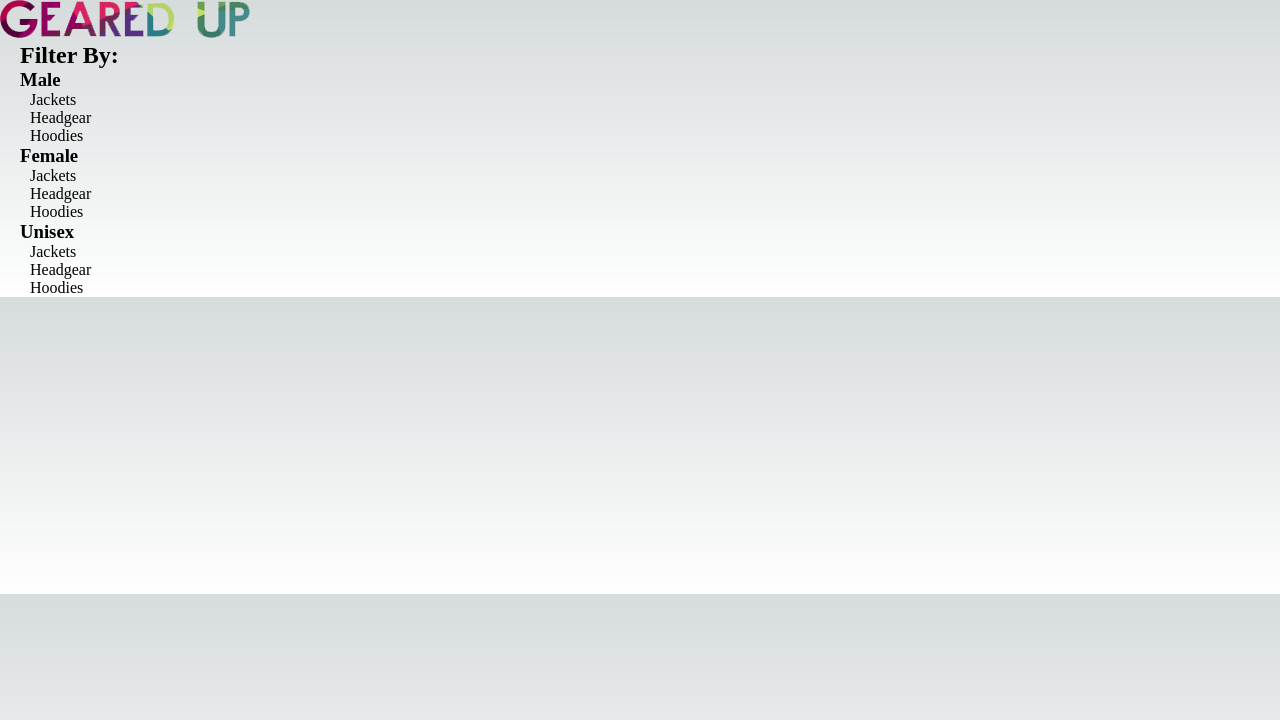
Repository: anoncoderin/madhu-dcd-gearup-assignment2
Page: /
An editor plug-in stored every save of this project. The page is shown before and after a run of saves, followed by the edit.
The browser window is 1280 px wide. The pictures show the whole page.
The project was rebuilt for these pictures with package versions that can differ from the ones it lists, and the page was loaded fresh each time. The framework's server and built-in components were replaced by stand-ins that run in the browser. Also part of the build but not shown: next.config.js.

Above is the page before, as saved 2023-03-05 17:21:22.

### pages/index.js
import Head from 'next/head'
import Image from 'next/image'
import styles from '@/styles/Home.module.css'
import { useState } from 'react'
import data from '@/components/Inventory/inventory'




export default function Home() {

  const [cloth, setCloth] = useState(data.clothing);
  const [selection, setSelection] = useState([]);

  return (
    <>
      <Head>
        <title>Geared Up Online Store BCITSA</title>
        <meta name="description" content="Generated by create next app" />
        <meta name="viewport" content="width=device-width, initial-scale=1" />
        <link rel="icon" href="/favicon.ico" />
      </Head>
      <main>
        <div><img src={'logo/logo/logo.png'} /></div>

        <div className={styles.filters}>
          <h2>Filter By:</h2>
          <h3 onClick={() => setSelection(['Male', ''])}>Male</h3>
          <div className={styles.list}>
            <li onClick={() => setSelection(['Male', 'Jackets'])}>Jackets</li>
            <li onClick={() => setSelection(['Male', 'Headgear'])}>Headgear</li>
            <li onClick={() => setSelection(['Male', 'Hoodies'])}>Hoodies</li>
          </div>
          <h3 onClick={() => setSelection(['Female', ''])}>Female</h3>
          <div className={styles.list}>
            <li onClick={() => setSelection(['Female', 'Jackets'])}>Jackets</li>
            <li onClick={() => setSelection(['Female', 'Headgear'])}>Headgear</li>
            <li onClick={() => setSelection(['Female', 'Hoodies'])}>Hoodies</li>
          </div>
          <h3 onClick={() => setSelection(['Unisex', ''])}>Unisex</h3>
          <div className={styles.list}>
            <li onClick={() => setSelection(['Unisex', 'Jackets'])}>Jackets</li>
            <li onClick={() => setSelection(['Unisex', 'Headgear'])}>Headgear</li>
            <li onClick={() => setSelection(['Unisex', 'Hoodies'])}>Hoodies</li>
          </div>
        </div>
        <div>
          {
            cloth && cloth.map((c, index) => {

              if (selection[0] == c.sex && ((selection[1] == c.category) || (selection[1] == ''))) {
                return (
                  <div key={index}>
                    <Image src={c.image} width={200} height={200} />
                    <p>{c.title}</p>
                    <p>{c.cost}</p>
                    {
                    c.hex && c.hex.map((col, i) => {
                     return(
                      <span className={styles.dot} background-color={col}/>
                     )

                    })
                  }

                  </div>)

              }


            })
          }

        </div>

      </main>
    </>
  )
}

### styles/globals.css
:root {
  --max-width: 1100px;
  --border-radius: 12px;
  --font-mono: ui-monospace, Menlo, Monaco, 'Cascadia Mono', 'Segoe UI Mono',
    'Roboto Mono', 'Oxygen Mono', 'Ubuntu Monospace', 'Source Code Pro',
    'Fira Mono', 'Droid Sans Mono', 'Courier New', monospace;

  --foreground-rgb: 0, 0, 0;
  --background-start-rgb: 214, 219, 220;
  --background-end-rgb: 255, 255, 255;

  --primary-glow: conic-gradient(
    from 180deg at 50% 50%,
    #16abff33 0deg,
    #0885ff33 55deg,
    #54d6ff33 120deg,
    #0071ff33 160deg,
    transparent 360deg
  );
  --secondary-glow: radial-gradient(
    rgba(255, 255, 255, 1),
    rgba(255, 255, 255, 0)
  );

  --tile-start-rgb: 239, 245, 249;
  --tile-end-rgb: 228, 232, 233;
  --tile-border: conic-gradient(
    #00000080,
    #00000040,
    #00000030,
    #00000020,
    #00000010,
    #00000010,
    #00000080
  );

  --callout-rgb: 238, 240, 241;
  --callout-border-rgb: 172, 175, 176;
  --card-rgb: 180, 185, 188;
  --card-border-rgb: 131, 134, 135;
}

button{
  width: 50px;

}

@media (prefers-color-scheme: dark) {
  :root {
    --foreground-rgb: 255, 255, 255;
    --background-start-rgb: 0, 0, 0;
    --background-end-rgb: 0, 0, 0;

    --primary-glow: radial-gradient(rgba(1, 65, 255, 0.4), rgba(1, 65, 255, 0));
    --secondary-glow: linear-gradient(
      to bottom right,
      rgba(1, 65, 255, 0),
      rgba(1, 65, 255, 0),
      rgba(1, 65, 255, 0.3)
    );

    --tile-start-rgb: 2, 13, 46;
    --tile-end-rgb: 2, 5, 19;
    --tile-border: conic-gradient(
      #ffffff80,
      #ffffff40,
      #ffffff30,
      #ffffff20,
      #ffffff10,
      #ffffff10,
      #ffffff80
    );

    --callout-rgb: 20, 20, 20;
    --callout-border-rgb: 108, 108, 108;
    --card-rgb: 100, 100, 100;
    --card-border-rgb: 200, 200, 200;
  }
}

* {
  box-sizing: border-box;
  padding: 0;
  margin: 0;
}

html,
body {
  max-width: 100vw;
  overflow-x: hidden;
}

body {
  color: rgb(var(--foreground-rgb));
  background: linear-gradient(
      to bottom,
      transparent,
      rgb(var(--background-end-rgb))
    )
    rgb(var(--background-start-rgb));
}

a {
  color: inherit;
  text-decoration: none;
}

@media (prefers-color-scheme: dark) {
  html {
    color-scheme: dark;
  }
}

### styles/Home.module.css
.filters{
  display: flex;
  flex-direction: column;
  align-items: left;
  margin-left: 20px;

}

.dot {
  height: 25px;
  width: 25px;

  border-radius: 50%;
  display: inline-block;
}

.list{
  margin-left: 10px;
  list-style: none;
  gap: 5px;
}




.grid {
  display: grid;
  grid-template-columns: repeat(4, minmax(25%, auto));
  width: var(--max-width);
  max-width: 100%;
}

.card {
  padding: 1rem 1.2rem;
  border-radius: var(--border-radius);
  background: rgba(var(--card-rgb), 0);
  border: 1px solid rgba(var(--card-border-rgb), 0);
  transition: background 200ms, border 200ms;
}

.card span {
  display: inline-block;
  transition: transform 200ms;
}

.card h2 {
  font-weight: 600;
  margin-bottom: 0.7rem;
}

.card p {
  margin: 0;
  opacity: 0.6;
  font-size: 0.9rem;
  line-height: 1.5;
  max-width: 30ch;
}

.center {
  display: flex;
  justify-content: center;
  align-items: center;
  position: relative;
  padding: 4rem 0;
}

.center::before {
  background: var(--secondary-glow);
  border-radius: 50%;
  width: 480px;
  height: 360px;
  margin-left: -400px;
}

.center::after {
  background: var(--primary-glow);
  width: 240px;
  height: 180px;
  z-index: -1;
}

.center::before,
.center::after {
  content: '';
  left: 50%;
  position: absolute;
  filter: blur(45px);
  transform: translateZ(0);
}

.logo,
.thirteen {
  position: relative;
}

.thirteen {
  display: flex;
  justify-content: center;
  align-items: center;
  width: 75px;
  height: 75px;
  padding: 25px 10px;
  margin-left: 16px;
  transform: translateZ(0);
  border-radius: var(--border-radius);
  overflow: hidden;
  box-shadow: 0px 2px 8px -1px #0000001a;
}

.thirteen::before,
.thirteen::after {
  content: '';
  position: absolute;
  z-index: -1;
}

/* Conic Gradient Animation */
.thirteen::before {
  animation: 6s rotate linear infinite;
  width: 200%;
  height: 200%;
  background: var(--tile-border);
}

/* Inner Square */
.thirteen::after {
  inset: 0;
  padding: 1px;
  border-radius: var(--border-radius);
  background: linear-gradient(
    to bottom right,
    rgba(var(--tile-start-rgb), 1),
    rgba(var(--tile-end-rgb), 1)
  );
  background-clip: content-box;
}

/* Enable hover only on non-touch devices */
@media (hover: hover) and (pointer: fine) {
  .card:hover {
    background: rgba(var(--card-rgb), 0.1);
    border: 1px solid rgba(var(--card-border-rgb), 0.15);
  }

  .card:hover span {
    transform: translateX(4px);
  }
}

@media (prefers-reduced-motion) {
  .thirteen::before {
    animation: none;
  }

  .card:hover span {
    transform: none;
  }
}

/* Mobile */
@media (max-width: 700px) {
  .content {
    padding: 4rem;
  }

  .grid {
    grid-template-columns: 1fr;
    margin-bottom: 120px;
    max-width: 320px;
    text-align: center;
  }

  .card {
    padding: 1rem 2.5rem;
  }

  .card h2 {
    margin-bottom: 0.5rem;
  }

  .center {
    padding: 8rem 0 6rem;
  }

  .center::before {
    transform: none;
    height: 300px;
  }

  .description {
    font-size: 0.8rem;
  }

  .description a {
    padding: 1rem;
  }

  .description p,
  .description div {
    display: flex;
    justify-content: center;
    position: fixed;
    width: 100%;
  }

  .description p {
    align-items: center;
    inset: 0 0 auto;
    padding: 2rem 1rem 1.4rem;
    border-radius: 0;
    border: none;
    border-bottom: 1px solid rgba(var(--callout-border-rgb), 0.25);
    background: linear-gradient(
      to bottom,
      rgba(var(--background-start-rgb), 1),
      rgba(var(--callout-rgb), 0.5)
    );
    background-clip: padding-box;
    backdrop-filter: blur(24px);
  }

  .description div {
    align-items: flex-end;
    pointer-events: none;
    inset: auto 0 0;
    padding: 2rem;
    height: 200px;
    background: linear-gradient(
      to bottom,
      transparent 0%,
      rgb(var(--background-end-rgb)) 40%
    );
    z-index: 1;
  }
}

/* Tablet and Smaller Desktop */
@media (min-width: 701px) and (max-width: 1120px) {
  .grid {
    grid-template-columns: repeat(2, 50%);
  }
}

@media (prefers-color-scheme: dark) {
  .vercelLogo {
    filter: invert(1);
  }

  .logo,
  .thirteen img {
    filter: invert(1) drop-shadow(0 0 0.3rem #ffffff70);
  }
}

@keyframes rotate {
  from {
    transform: rotate(360deg);
  }
  to {
    transform: rotate(0deg);
  }
}

### components/Inventory/inventory.js



const inventory ={company:"BCITSA Geared Up",
clothing:[
    {
        category:"Hoodies",
        sex:"Female",
        title:"Russell Athletic Hood",
        colours:["black", "charcoal", "green", "grey", "maroon", "navy"],
        hex:["#000", "#3E464B", "#24564A", "#B4B8B9", "#5F3A42", "#313F4F"],
        image:"/products/products/hoodies/russell_athletic_hood_black.png",
        cost:69.99
    },
    {
        category:"Hoodies",
        sex:"Male",
        title:"Aerospace",
        colours:["black", "navy"],
        hex:["#000", "#313F4F"],
        image:"/products/products/hoodies/hood_aerospace_black.png",
        cost:59.99
    },
    {
        category:"Hoodies",
        sex:"Female",
        title:"Classic Avalon Fleece Hoodie",
        colours:["black", "navy"],
        hex:["#000", "#313F4F"],
        image:"/products/products/hoodies/classic_avalon_fleece_hoodie_black.png",
        cost:57.99
    },
    {
        category:"Hoodies",
        sex:"Unisex",
        title:"Champion Full-Zup Hoodie",
        colours:["black", "grey","maroon","navy","green"],
        hex:["#000","#B4B8B9", "#5F3A42", "#313F4F"],
        image:"/products/products/hoodies/champion_full_zip_hoodie_black.png",
        cost:79.99
    },
    {
        category:"Hoodies",
        sex:"Male",
        title:"Forestry",
        colours:["green"],
        hex:["#24564A"],
        image:"/products/products/hoodies/hoodie_forestry_green.png",
        cost:59.99
    },
    {
        category:"Jackets",
        sex:"Male",
        title:"Waterproof Jacket",
        colours:["black", "graphite", "navy"],
        hex:["#000", "#69686D", "#313F4F"],
        image:"/products/products/jackets/waterproof_jacket_black.png",
        cost:79.99
    },
    {
        category:"Jackets",
        sex:"Female",
        title:"Soft Shell Hooded Jacket",
        colours:["black", "navy"],
        hex:["#000", "#313F4F"],
        image:"/products/products/jackets/soft_shell_hooded_jacket_black.png",
        cost:82.99
    },
    {
        category:"Headgear",
        sex:"Unisex",
        title:"Legacy Adjustable Hat",
        colours:["stone", "burgundy", "slate blue", "grey", "navy"],
        hex:["#25242D", "#DBDCD7", "#7F2430", "#595B76", "#685E66"],
        image:"/products/products/headgear/legacy_adjustable_hat_navy.png",
        cost:29.99
    },
    {
        category:"Headgear",
        sex:"Unisex",
        title:"Legacy Hat Trucker",
        colours:["black/cardinal", "black/orange", "black/green", "navy/gold"],
        hex:["#5C5A4D", "#CA5927", "#43483B", "#F9BE14"],
        image:"/products/products/headgear/legacy_adjustable_hat_navy.png",
        cost:36.99
    },
    {
        category:"Headgear",
        sex:"Unisex",
        title:"Legacy Toque",
        colours:"black",
        hex: "#000",
        image:"/products/products/headgear/legacy_toque_black.png",
        cost:3.499
    }
]


}
export default inventory;

Loaded but not shown: pages/_app.js (common file); pages/_document.js (common file)

After the next 4 saves:
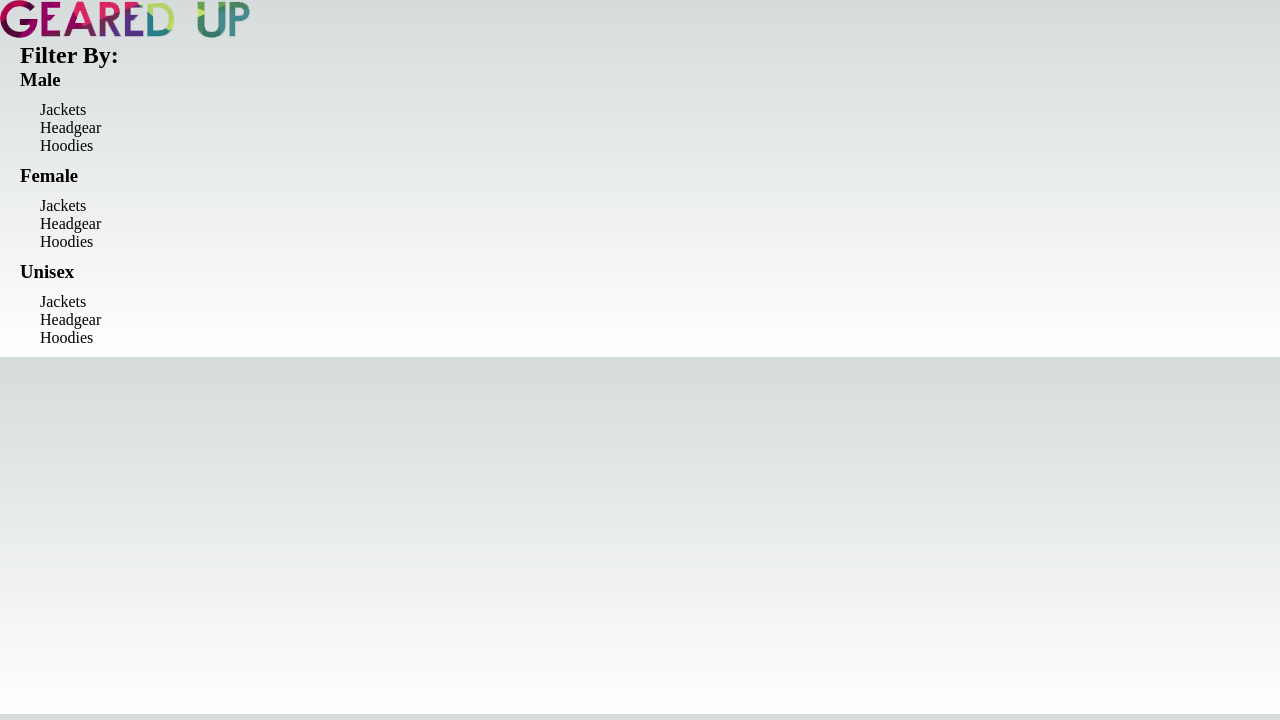
The 4 saves are shown as one change because they came seconds apart.
The last was saved 82 s later.
--- a/styles/Home.module.css
+++ b/styles/Home.module.css
@@ -17,7 +17,7 @@
 .list{
   margin-left: 10px;
   list-style: none;
-  gap: 5px;
+ padding : 10px;
 }
 
 
